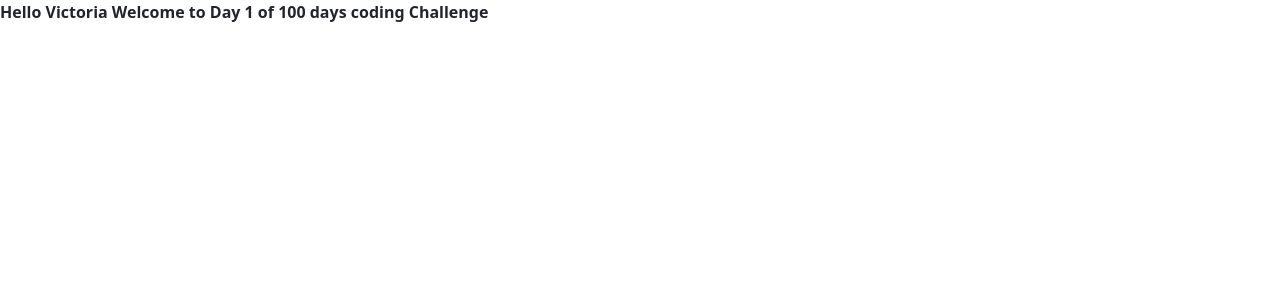
Repository: VickyJacob23/100DaysOfCoding
Page: day1/index.html
An editor plug-in stored every save of this project. The page is shown before and after the next save, followed by the edit.
The browser window is 1280 px wide. The pictures show the whole page.

Above is the page before, as saved 2024-08-14 11:34:32.

After the next save:
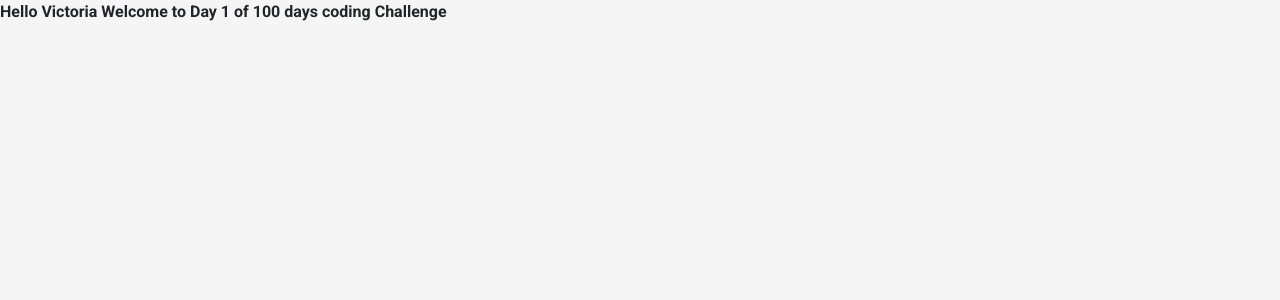
Saved 12 s later.
--- a/day1/style.css
+++ b/day1/style.css
@@ -1,4 +1,8 @@
 @import url("https://fonts.googleapis.com/css2?family=Roboto:ital,wght@0,100;0,300;0,400;0,500;0,700;0,900;1,100;1,300;1,400;1,500;1,700;1,900&display=swap");
 
 body {
+  font-family: "Roboto", sans-serif;
+  background-color: #f5f5f5;
+  margin: 0;
+  padding: 0;
 }
